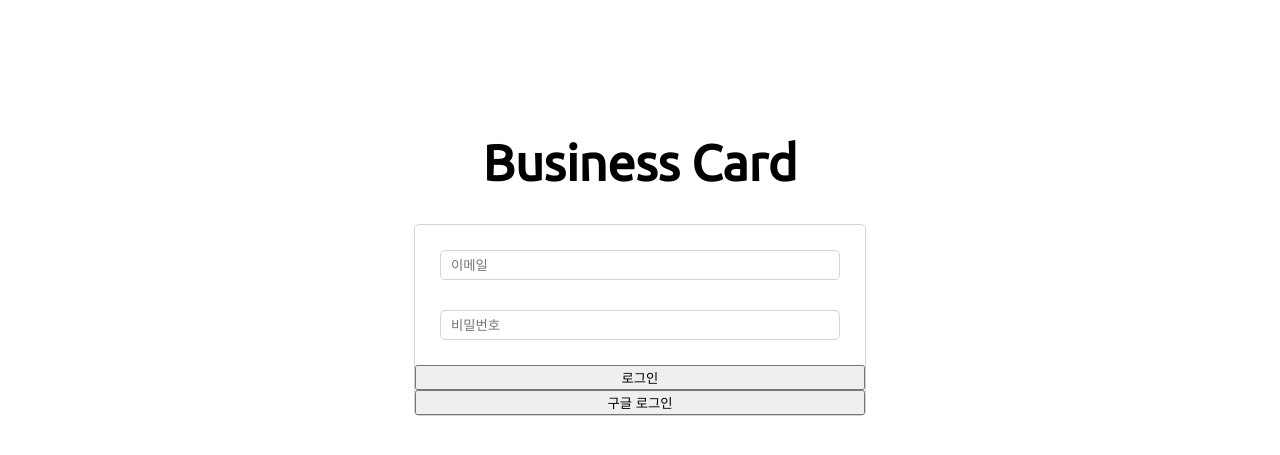
Repository: momo0170/react_businesscard
Page: /login
These files come from the project's save history. The page is drawn as it stood at one moment and after the next save; the edit follows.
The browser window is 1280 px wide. The pictures show the whole page.
The page's requests for data from a server got no answer. The project was rebuilt for these pictures with package versions that can differ from the ones it lists, and the page was loaded fresh each time. No one was signed in, and anything a server would have sent is missing.

Above is the page before, as saved 2022-08-10 21:06:20.

### public/index.html
<!DOCTYPE html>
<html lang="en">
  <head>
    <meta charset="utf-8" />
    <link rel="icon" href="%PUBLIC_URL%/favicon.ico" />
    <meta name="viewport" content="width=device-width, initial-scale=1" />
    <meta name="theme-color" content="#000000" />
    <meta
      name="description"
      content="Web site created using create-react-app"
    />
    <link rel="preconnect" href="https://fonts.googleapis.com" />
    <link rel="preconnect" href="https://fonts.gstatic.com" crossorigin />
    <link
      href="https://fonts.googleapis.com/css2?family=Ubuntu:ital,wght@0,400;1,500&display=swap"
      rel="stylesheet"
    />

    <title>App</title>
  </head>
  <body>
    <noscript>You need to enable JavaScript to run this app.</noscript>
    <div id="root"></div>
  </body>
</html>

### src/index.js
import React from 'react';
import ReactDOM from 'react-dom/client';
import './index.css';
import App from './app.jsx';
import './firebase.js';
import { BrowserRouter } from 'react-router-dom';

const root = ReactDOM.createRoot(document.getElementById('root'));
root.render(
  <BrowserRouter>
    <App />
  </BrowserRouter>
);

### src/index.css
body {
  margin: 0;
  font-family: 'Ubuntu', sans-serif;
  -webkit-font-smoothing: antialiased;
  -moz-osx-font-smoothing: grayscale;
}

code {
  font-family: source-code-pro, Menlo, Monaco, Consolas, 'Courier New',
    monospace;
}

### src/app.jsx
import React, { useState } from 'react';
import { Routes, Route } from 'react-router-dom';
import { auth, app } from './firebase';
import {
  GoogleAuthProvider,
  signInWithPopup,
  createUserWithEmailAndPassword,
  onAuthStateChanged,
  signInWithEmailAndPassword,
  signOut,
} from 'firebase/auth';
import Login from './components/login';

// createUserWithEmailAndPassword : 회원가입
// signInWithEmailAndPassword : 로그인
// signOut : 로그아웃
// sendEmailVerifiacation : 회원가입한 이메일 유호 확인
// updateEmail : 회원가입한 아이디 이메일 변경
// updatePassword : 회원가입한 아이디 패스워드 변경
// sendPasswordResetEmail : 회원가입한 비빌먼호 재설정
// delete : 회원가입한 아이디 삭제
// reauthenticate : 아이디 재인증
// onAuthStateChanged : 사용자의 로그인 상태 변경 감시

function App() {
  const [registerEmail, setRegisterEmail] = useState('');
  const [registerPassword, setRegisterPassword] = useState('');
  const [loginEmail, setLoginEmail] = useState('');
  const [loginPassword, setLoginPassword] = useState('');
  const [googleUserData, setGoogleUserData] = useState(null);
  const [emailUserData, setEmailUserData] = useState(null);

  // 회원가입
  const register = () => {
    createUserWithEmailAndPassword(auth, registerEmail, registerPassword)
      .then((userCredential) => {
        // Signed in
        var registerUser = userCredential.user;
        console.log(registerUser);
      })
      .catch((error) => {
        var errorCode = error.code;
        var errorMessage = error.message;
        console.log(errorCode);
        console.log(errorMessage);
        // ..
      });
  };

  // 이메일 로그인
  const emailLogin = () => {
    signInWithEmailAndPassword(auth, loginEmail, loginPassword)
      .then((userCredential) => {
        const user = userCredential.user;
        setEmailUserData(user);
        console.log(user);
      })
      .catch((error) => {
        const errorCode = error.code;
        const errorMessage = error.message;
        console.log(errorCode);
        console.log(errorMessage);
      });
  };

  // 구글 로그인
  const googleLogin = () => {
    const provider = new GoogleAuthProvider(); // provider를 구글로 설정
    signInWithPopup(auth, provider) // popup을 이용한 signup
      .then((data) => {
        setGoogleUserData(data.user); // user data 설정
        console.log(data); // console로 들어온 데이터 표시
      })
      .catch((err) => {
        console.log(err);
      });
  };

  return (
    <Routes>
      <Route path="/">
        <Route
          path="login"
          element={
            <Login
              googleLogin={googleLogin}
              register={register}
              emailLogin={emailLogin}
              googleUserData={googleUserData}
              setGoogleUserData={setGoogleUserData}
              emailUserData={emailUserData}
              setEmailUserData={setEmailUserData}
              setLoginEmail={setLoginEmail}
              setLoginPassword={setLoginPassword}
            />
          }
        />
      </Route>
      {/* <Route path="/main" element={<Main />} /> */}
    </Routes>
  );
}

export default App;

### src/firebase.js
import { initializeApp } from 'firebase/app';
import { getAuth } from 'firebase/auth';

const firebaseConfig = {
  apiKey: process.env.REACT_APP_API_KEY,
  authDomain: process.env.REACT_APP_AUTH_DOMAIN,
  projectId: process.env.REACT_APP_PROJECT_ID,
  storageBucket: process.env.REACT_APP_STORAGE_BUCKET,
  messagingSenderId: process.env.REACT_APP_MESSAGING_ID,
  appId: process.env.REACT_APP_APP_ID,
};
const app = initializeApp(firebaseConfig);
const auth = getAuth(app);

export { app, auth };

### src/components/login.jsx
import React from 'react';
import styles from '../css/login.module.css';

function Login({
  googleLogin,
  googleUserData,
  register,
  emailLogin,
  setGoogleUserData,
  emailUserData,
  setEmailUserData,
  setLoginEmail,
  setLoginPassword,
}) {
  return (
    <>
      <h1 className={styles.title}>Business Card</h1>
      <div className={styles.container}>
        <div className={styles.inputs}>
          <input
            placeholder="이메일"
            className={styles.inputId}
            onChange={(e) => {
              setLoginEmail(e.target.value);
            }}
          />
          <input
            placeholder="비밀번호"
            className={styles.inputPassword}
            onChange={(e) => {
              setLoginPassword(e.target.value);
            }}
          />
        </div>
        <div className={styles.login}>
          {/* 구글 로그인 */}

          <button onClick={googleLogin}>로그인</button>

          {/* 이메일 로그인 */}
          <button onClick={emailLogin}>구글 로그인</button>
        </div>
      </div>
    </>
  );
}

export default Login;

### src/css/login.module.css
@value normalBlue from '../common/colors.css';
@value lightGrey from '../common/colors.css';
@value fontSmall from '../common/size.css';

.title {
  text-align: center;
  padding-top: 100px;
  font-size: 50px;
  color: normalBlue;
}

.container {
  display: flex;
  flex-direction: column;
  width: 450px;
  border: 1px solid lightGrey;
  border-radius: 5px;
  margin: 0 auto;
}

.inputs {
  display: flex;
  flex-direction: column;
  padding: 10px 10px;
}

.inputId,
.inputPassword {
  height: 30px;
  margin: 15px;
  outline: 0;
  box-sizing: border-box;
  border: 1px solid lightGrey;
  border-radius: 5px;
  padding: 10px;
  font-size: fontSmall;
}

.login {
  display: flex;
  flex-direction: column;
}

After the next save:
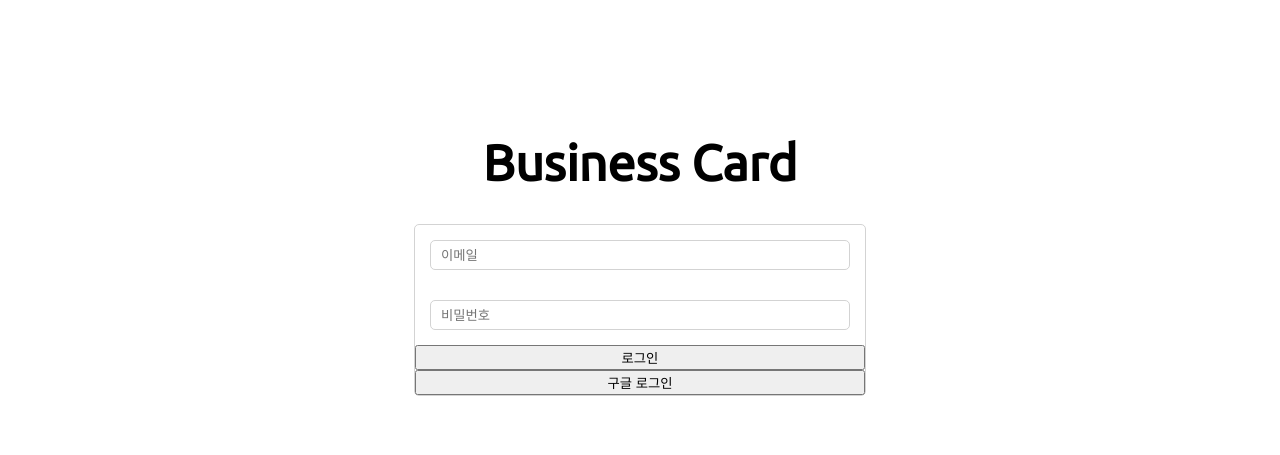
Saved 8 s later.
--- a/src/css/login.module.css
+++ b/src/css/login.module.css
@@ -21,7 +21,6 @@
 .inputs {
   display: flex;
   flex-direction: column;
-  padding: 10px 10px;
 }
 
 .inputId,
